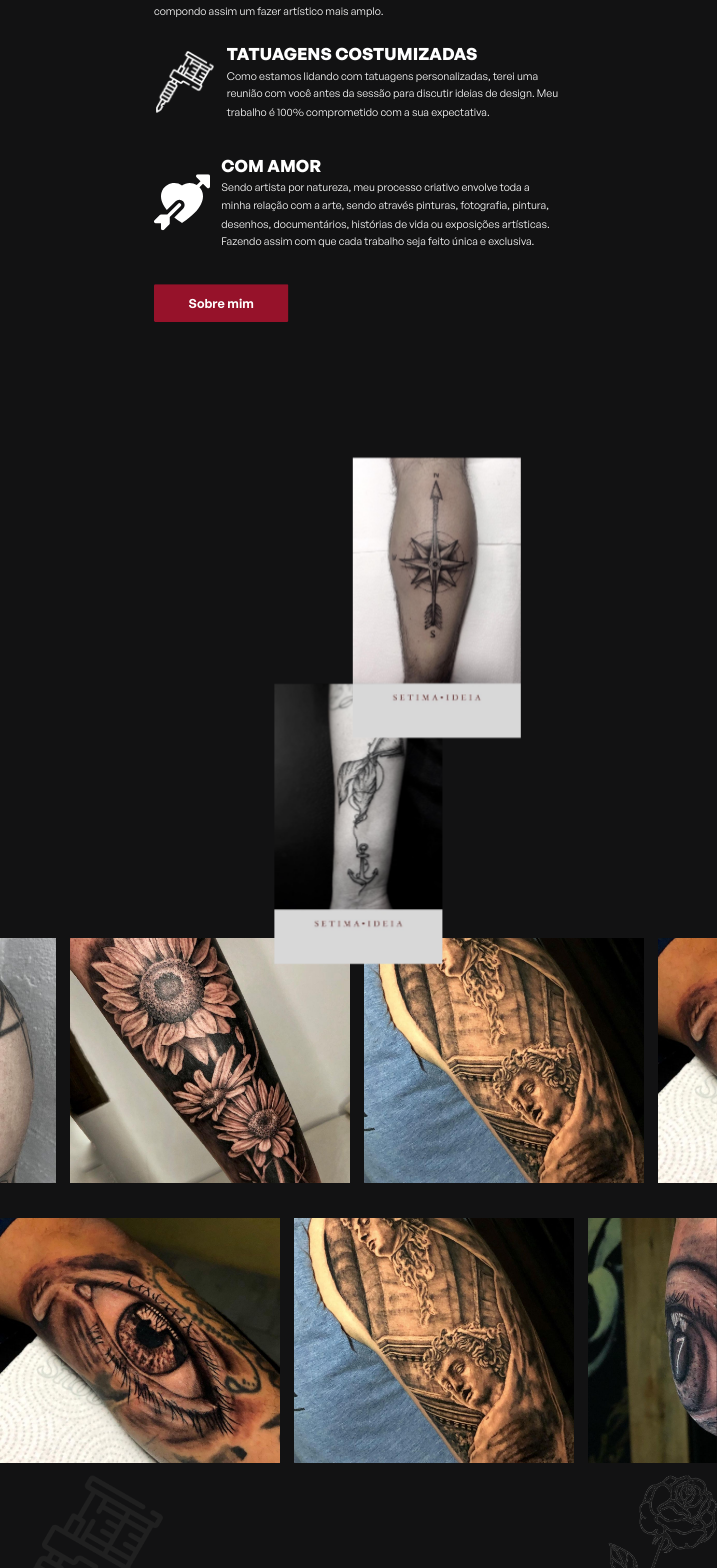
Repository: Leoka2000/S-tima-Ideia
Page: /
These files come from the project's save history. The page is drawn as it stood at one moment and after the next save; the edit follows.
The browser window is 1024 px wide. The pictures show the part of the page from y = 1180 to 3420 px (the page is 8930 px tall), at 70% of full size.
Backgrounds fixed to the window are drawn as part of the page. The project was rebuilt for these pictures with package versions that can differ from the ones it lists, and the page was loaded fresh each time. Some packages were replaced by stand-ins written for this rebuild. Also part of the build but not shown: src/pages/main/instagram/instagram.css, src/pages/main/instagram/instagram.jsx, src/App.css, src/pages/portfolio/portfolio.css, src/data/database-common.js, src/pages/portfolio/loop-content.jsx, src/pages/portfolio/portfolio.jsx, src/pages/portfolio/index.jsx and 2 more. Imported but missing from the stored project, and not drawn on this page: src/assets/videos/cauan-video.mp4.

Above is the page before, as saved 2023-05-22 21:10:08.

After the next save:
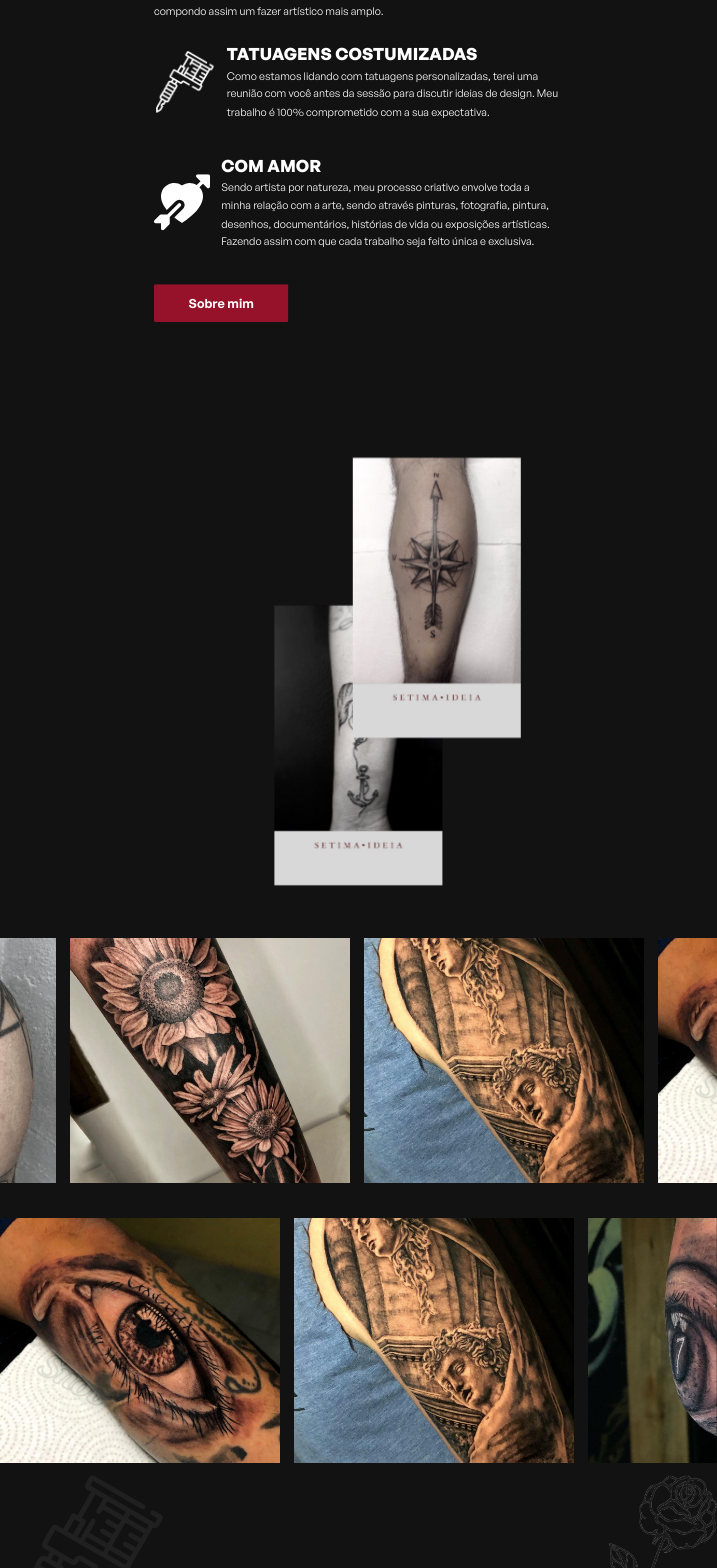
Saved 4 s later.
--- a/src/pages/main/about/about.css
+++ b/src/pages/main/about/about.css
@@ -171,7 +171,7 @@ color: #fff;
         position: absolute;
       left: 5rem;
      width: 15rem;
-        top: 27rem;
+        top: 20rem;
         height: 25rem;
         z-index: 4;
            background-image: url("../../../assets/images/about-img2.jpg");
